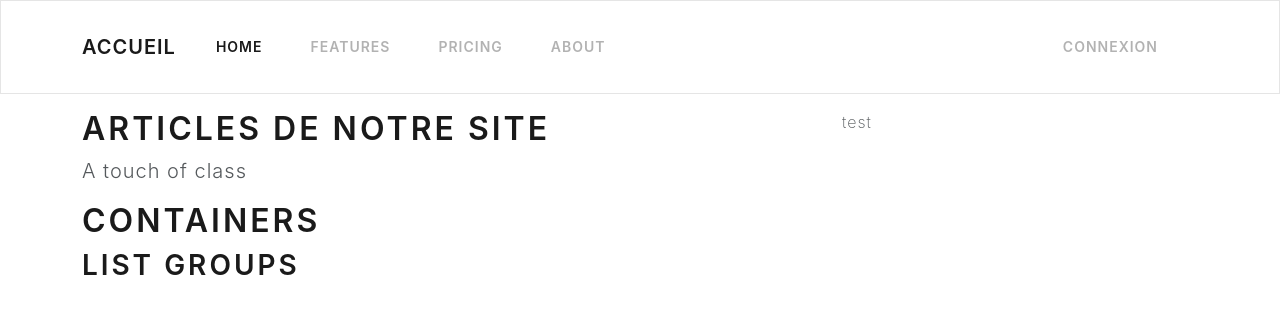
Repository: cahitYes/PDO
Page: http://localhost/?connect
These files come from the project's save history. The page is drawn as it stood at one moment and after the next save; the edit follows.
The browser window is 1280 px wide. The pictures show the whole page.
Some web fonts or font styles are not loaded; a fallback is used. The page is run by PHP 8.4 with error messages shown; the project is at /var/www/html/.

Above is the page before, as saved 2022-02-15 14:22:37.

After the next save:
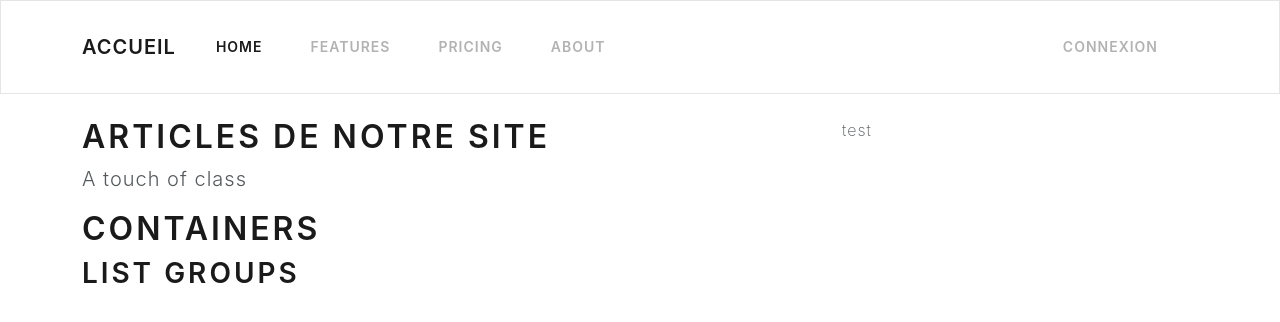
Saved 4 s later.
--- a/pdo_1/exemple2/view/publicView/publicHomepageView.php
+++ b/pdo_1/exemple2/view/publicView/publicHomepageView.php
@@ -38,7 +38,7 @@
     </div>
   </div>
 
-  <div class="container mt-3">
+  <div class="container mt-4">
     <div class="page-header" id="banner">
       <div class="row">
         <div class="col-lg-8 col-md-7 col-sm-6">
